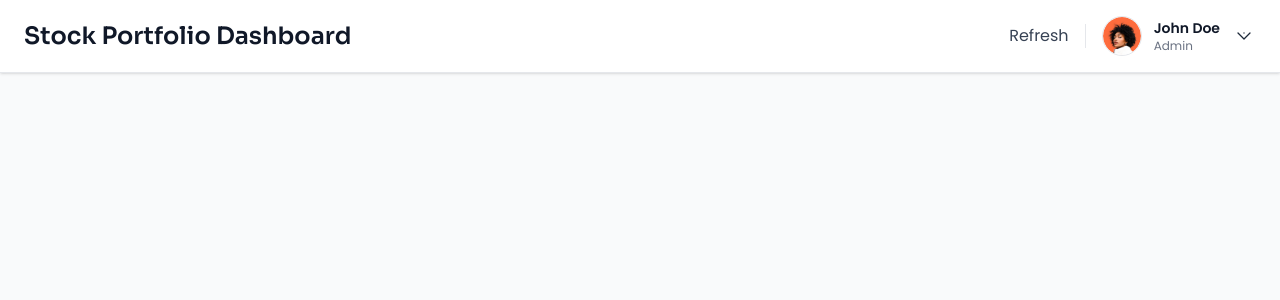
Repository: jabir12-12/inten-project
Page: /
These files come from the project's save history. The page is drawn as it stood at one moment and after the next save; the edit follows.
The browser window is 1280 px wide. The pictures show the whole page.
The project was rebuilt for these pictures with package versions that can differ from the ones it lists, and the page was loaded fresh each time. The framework's server and built-in components were replaced by stand-ins that run in the browser. Also part of the build but not shown: next.config.ts.

Above is the page before, as saved 2025-05-17 13:24:51.

### src/pages/index.tsx
'use client';
import React, { useState } from 'react';
import Image from 'next/image';

export default function Home() {

  return (
    <div className="bg-gray-50 min-h-screen flex flex-col">
      {/* Header */}
      <header className="sticky top-0 z-10 flex justify-between px-4 md:px-6 py-3 md:py-4 bg-white border-b border-gray-200 shadow-sm items-center">
        <div className="flex items-center">
          <h1 className="text-gray-900 font-semibold text-xl md:text-2xl">Stock Portfolio Dashboard</h1>
        </div>
        <div className="flex items-center gap-2 md:gap-4">
          <button className="hidden md:block hover:text-blue-600 text-gray-700 transition-colors">
            Refresh
          </button>
          <div className="hidden md:block bg-gray-200 h-6 w-px"></div>
          <div className="flex items-center gap-2 md:gap-3 cursor-pointer  hover:bg-gray-100  transition-colors">
            <div className="h-8 w-8 md:h-10 md:w-10 overflow-hidden rounded-full border border-gray-200">
              <Image
                src="/images/Ellipse 1534 (6).svg"
                alt="User profile"
                className="h-full w-full object-cover"
                width={40}
                height={40}
              />
            </div>
            <div className="hidden md:flex flex-col">
              <span className="text-gray-900 text-sm font-semibold">John Doe</span>
              <span className="text-gray-500 text-xs">Admin</span>
            </div>
            <Image
              src="/images/Frame (21).svg"
              alt="User profile"
              width={24}
              height={24}
            />
          </div>
        </div>
      </header>
    </div>
  );
}

### src/styles/globals.css
@import url('https://fonts.googleapis.com/css2?family=Poppins:wght@400;500;600&family=Inter:wght@400;500;600&family=Sora:wght@400;500;600;700;800&display=swap');
@import url('https://fonts.googleapis.com/css2?family=Inter:wght@400;700&display=swap');

@import "tailwindcss";

body {
  background-color: #f7f8fb;
  margin: 0;
  padding: 0;
  font-family: 'Poppins', sans-serif;
  justify-content: center;
  align-items: center;
  height: 100vh;
}

.video-js .vjs-playback-rate {
  font-size: 10px;
  transform: translateY(12px);
  /* Moves the button down by 10px */

}

.heading .head {
  font-family: 'Sora', sans-serif;
  font-size: 24px;
  /* Example size */
  font-weight: 700;
}

/* Example for other headings if needed */
h1,
h2,
h3,
h4,
h5,
h6 {
  font-family: 'Sora', sans-serif;
}

h3 {
  font-size: 18px;
  font-weight: 600;
}

/* Ensure that other text elements use Poppins */
p,
span,
div {
  font-family: 'Poppins', sans-serif;
}

.button {
  outline: none;
}

/* Custom scrollbar styles */

::-webkit-scrollbar {
  width: 7px;
  height: 7px;
}

::-webkit-scrollbar-thumb {
  background-color: rgba(234, 236, 240, 1);
  ;

  border-radius: 100px;
}

::-webkit-scrollbar-track {
  background: "white";

}

/* THIS IS FOR TEXT-EDITOR IN DISSCUSSION TAB --------------------------*/
.custom-quill .ql-container {
  border: none !important;
  /* Remove the border from the container */
}

.custom-quill .ql-editor {
  border: none !important;
  /* Ensure no border around the editor */
}

.custom-quill:focus {
  outline: none;
  /* Remove outline on focus */
}

.custom-quill .ql-editor {
  font-size: 16px;
  /* Set text size to 16px */
  font-family: 'Poppins', sans-serif;
  font-style: normal;
  /* Use the Poppins font */

}

.custom-quill .ql-editor:empty::before {

  /* Show placeholder */
  color: #667085;
  /* Placeholder color */
  font-family: 'Poppins', sans-serif;
  font-style: normal;
  /* Poppins font for placeholder */
  font-size: 16px;
  /* Placeholder size */
  position: absolute;
  /* Position it absolutely */
  left: 10px;
  /* Adjust according to your padding */
  top: 10px;
  /* Adjust according to your padding */
  pointer-events: none;
  /* Prevent interaction */
}

.custom-quill .ql-editor:focus::before {
  display: none;
  /* Hide placeholder on focus */
}

/* -------------------------------------------------- */
/* FOR TOOLTIP FOR TEST PAGE ONLY ->learn Tab */


.tooltipText {
  position: absolute;
  color: white;
  bottom: 125%;
  /* Position above the button */
  left: 50%;
  /* Center horizontally */
  transform: translateX(-50%);
  /* Adjust to center the tooltip */

  z-index: 3;
  background-color: #131313;
  box-shadow: 0 5px 10px rgba(0, 0, 0, 0.3);
  padding: 6px 14px;
  /* Padding inside the tooltip */
  width: 204px;
  /* Fixed width */
  height: auto;
  /* Hug content (height grows with content) */
  min-height: 78px;
  /* Minimum height */
  font-size: 15px;
  font-weight: 400;
  border-radius: 5px;
  white-space: normal;
  /* Allow text wrapping for longer content */
  opacity: 0;
  pointer-events: none;
  transition: all 0.4s ease;
}

.tooltip:hover .tooltipText {
  opacity: 1;
  pointer-events: auto;
  transform: translate(-50%, -10px);
  /* Move tooltip slightly up on hover */
}

.drawer-overlay {
  background-color: transparent !important;
  /* Makes the overlay transparent */
}

/* magic.module.css */
.customCheckbox input[type="checkbox"]:checked {
  background-color: #9012FF;
  border-color: #9012FF;
}

/* Add this to your global CSS file */
.ql-container .ql-editor img {
  cursor: pointer;
}

.image-resizer {
  border: 1px dashed #999;
  position: absolute;
}

.image-resizer .resize-handle {
  background-color: #fff;
  border: 1px solid #999;
  height: 8px;
  width: 8px;
  position: absolute;
}

.image-resizer .resize-handle.se {
  bottom: -5px;
  right: -5px;
  cursor: se-resize;
}

.image-resizer .resize-handle.sw {
  bottom: -5px;
  left: -5px;
  cursor: sw-resize;
}

.image-resizer .resize-handle.ne {
  top: -5px;
  right: -5px;
  cursor: ne-resize;
}

.image-resizer .resize-handle.nw {
  top: -5px;
  left: -5px;
  cursor: nw-resize;
}


@layer base {
  :root {
    --radius: 0.5rem;
    --chart-1: 12 76% 61%;
    --chart-2: 173 58% 39%;
    --chart-3: 197 37% 24%;
    --chart-4: 43 74% 66%;
    --chart-5: 27 87% 67%;
  }

  .dark {
    --chart-1: 220 70% 50%;
    --chart-2: 160 60% 45%;
    --chart-3: 30 80% 55%;
    --chart-4: 280 65% 60%;
    --chart-5: 340 75% 55%;
  }
}

Loaded but not shown: src/pages/_app.tsx (common file); src/pages/_document.tsx (common file)

After the next save:
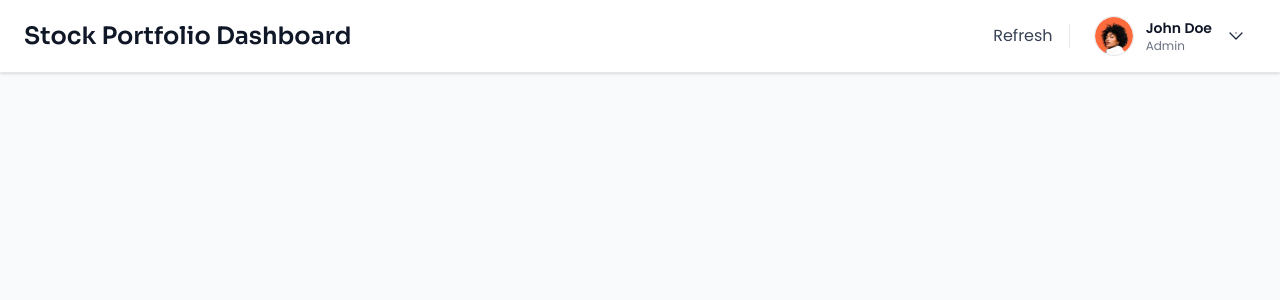
Saved 32 s later.
--- a/src/pages/index.tsx
+++ b/src/pages/index.tsx
@@ -16,7 +16,7 @@ export default function Home() {
             Refresh
           </button>
           <div className="hidden md:block bg-gray-200 h-6 w-px"></div>
-          <div className="flex items-center gap-2 md:gap-3 cursor-pointer  hover:bg-gray-100  transition-colors">
+          <div className="flex items-center gap-2 md:gap-3 cursor-pointer rounded-md px-2 hover:bg-gray-100  transition-colors">
             <div className="h-8 w-8 md:h-10 md:w-10 overflow-hidden rounded-full border border-gray-200">
               <Image
                 src="/images/Ellipse 1534 (6).svg"
